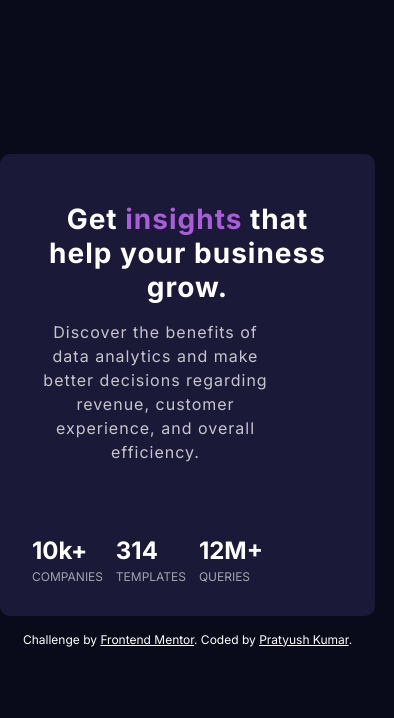
Repository: PratypartyY2K/frontendmentor-challenges
Page: stats-preview-card-component-main/index.html
These files come from the project's save history. The page is drawn as it stood at one moment and after the next save; the edit follows.
The browser window is 375 px wide. The page is 375 px wide, then 394 px, so the pictures cover 394 px, including what lies to the right of the window. The pictures show the whole page.

Above is the page before, as saved 2021-07-14 02:03:58.

### stats-preview-card-component-main/index.html
<!DOCTYPE html>
<html lang="en">

<head>
  <meta charset="UTF-8">
  <meta name="viewport" content="width=device-width, initial-scale=1.0">
  <!-- displays site properly based on user's device -->

  <link rel="icon" type="image/png" sizes="32x32" href="./images/favicon-32x32.png">
  <!--font families-->
  <link rel="preconnect" href="https://fonts.googleapis.com">
  <link rel="preconnect" href="https://fonts.gstatic.com" crossorigin>
  <link href="https://fonts.googleapis.com/css2?family=Inter:wght@400;700&display=swap" rel="stylesheet">
  <link rel="stylesheet" href="style.css">



  <title>Frontend Mentor | Stats preview card component</title>

</head>

<body>
  <div class="card-wrapper">
    <div class="card">
      <div class="heading">
        Get <span class="active">insights</span> that help your business grow.
      </div>
      <div class="card-content">
        Discover the benefits of data analytics and make better decisions regarding revenue, customer
        experience, and overall efficiency.
      </div>
      <div class="stats">
        <div>
          <h3>10k+</h3>
          companies
        </div>
        <div>
          <h3>314</h3>
          templates
        </div>
        <div>
          <h3>12M+</h3>
          queries
        </div>
      </div>
    </div>
    <div class="img-container">
      <div class="overlay">
      </div>
    </div>
  </div>
  <div class="attribution">
    Challenge by <a href="https://www.frontendmentor.io?ref=challenge" target="_blank">Frontend Mentor</a>.
    Coded by <a href="#">Pratyush Kumar</a>.
  </div>
</body>

</html>

### stats-preview-card-component-main/style.css
* {
    box-sizing: border-box;
}

body {
    background-color: hsl(233, 47%, 7%);
    margin: 0;
    display: flex;
    flex-direction: column;
    justify-content: center;
    align-items: center;
    min-height: 100vh;
    font-family: 'Inter', sans-serif;
}

.card-wrapper {
    background-color: hsl(244, 38%, 16%);
    display: flex;
    justify-content: center;
    border-radius: 10px;
    overflow: hidden;
}

.card {
    padding: 4rem 6.5rem 4rem 4rem;
}

.heading {
    font-size: 2.75rem;
    color: hsl(0, 0%, 100%);
    padding: 1rem 0;
    font-weight: 700;
    letter-spacing: 1px;
}

.heading .active {
    color: hsl(277, 64%, 61%);
}

.card-content {
    color: hsla(0, 0%, 100%, 0.75);
    font-size: 1rem;
    line-height: 1.5rem;
    padding-right: 4rem;
    letter-spacing: 1px;
}

.stats {
    display: flex;
    justify-content: space-between;
    padding-top: 4.5rem;
    padding-right: 5rem;
}

.stats > div {
    display: flex;
    flex-direction: column;
    align-items: baseline;
}

.stats > div {
    color: hsla(0, 0%, 100%, 0.6);
    text-transform: uppercase;

    font-size: 0.75rem;
}

h3 {
    margin: 0;
    color: white;
    font-weight: 700;
    font-size: 1.5rem;
    margin-bottom: 0.25rem;
    text-transform: none;
}

.img-container {
    background-image: url(images/image-header-desktop.jpg);
    width: 100%;
    background-repeat: no-repeat;
    background-size: cover;
}

.overlay {
    background-color: blueviolet;
    height: 100%;
    mix-blend-mode:multiply;
}

.attribution { font-size: 0.75rem; text-align: center; color: white; margin-top: 1rem;}
.attribution a { color: hsl(228, 45%, 44%); color: white;}

@media only screen and (max-width: 600px) {

    body {
        max-width:max-content;
        padding: 0;
    }
    .card-wrapper {
        flex-direction: column-reverse;
        justify-content: baseline;
        font-size: 1rem;
        text-align: center;
    }

    .card {
        padding: 2rem;
    }

    .heading {
        font-size: 1.75rem;
        color: hsl(0, 0%, 100%);
        font-weight: 700;
        letter-spacing: 1px;
    }


}

After the next save:
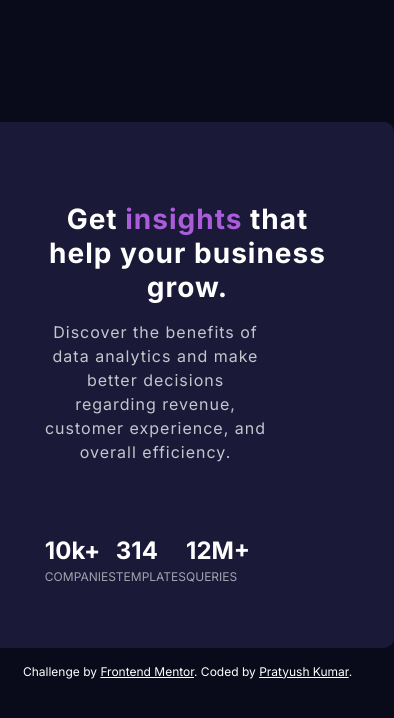
Saved 71 s later.
--- a/stats-preview-card-component-main/style.css
+++ b/stats-preview-card-component-main/style.css
@@ -104,14 +104,11 @@ h3 {
     }
 
     .card {
-        padding: 2rem;
+        padding: 4rem;
     }
 
     .heading {
         font-size: 1.75rem;
-        color: hsl(0, 0%, 100%);
-        font-weight: 700;
-        letter-spacing: 1px;
     }
 
 
